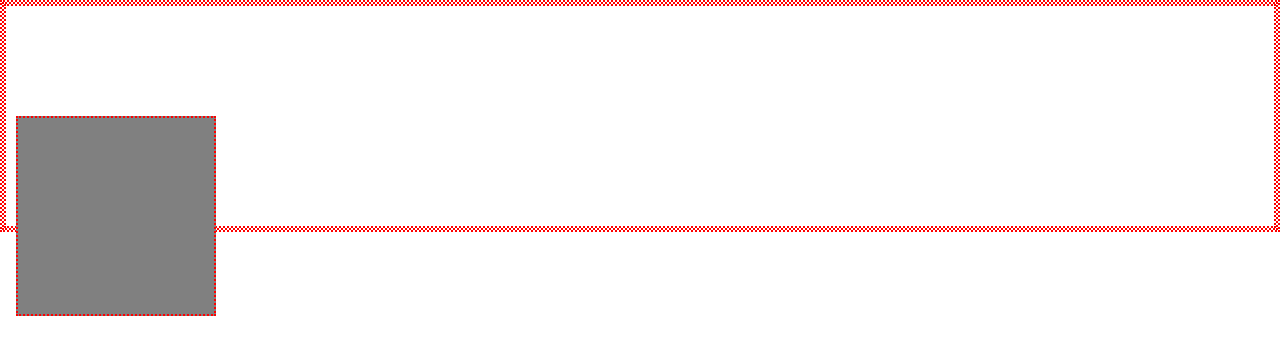
Repository: LavriaNeptune/css-basic
Page: position/right.html
These files come from the project's save history. The page is drawn as it stood at one moment and after the next save; the edit follows.
The browser window is 1280 px wide. The pictures show the whole page.

Above is the page before, as saved 2022-08-19 19:59:26.

After the next save:
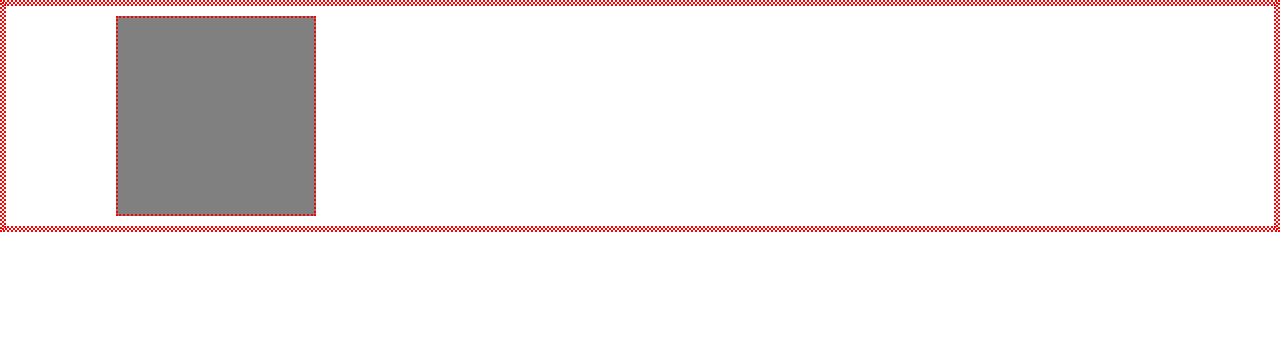
Saved 6 s later.
--- a/position/right.html
+++ b/position/right.html
@@ -20,7 +20,7 @@
 
         position: relative;
 
-        bottom: -100px;
+        right: -100px;
         /* bottom 的设置取决于当前元素的定位属性:是 absolute 还是 relative
         表示相对于定位元素底部的距离,可接受复数(表示反方向)
         默认值为 auto -> 表示按照元素的 static 模式进行定位 */
